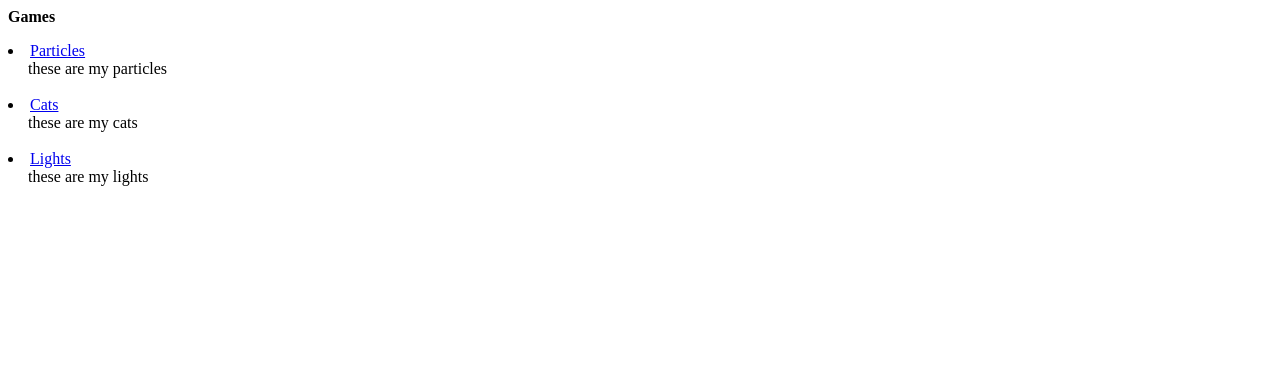
Repository: StevenZsombo/games
Page: docs/index.html
An editor plug-in stored every save of this project. The page is shown before and after the next save, followed by the edit.
The browser window is 1280 px wide. The pictures show the whole page.

Above is the page before, as saved 2025-07-03 10:59:45.

### docs/index.html
<html>

<body>
    <b>Games</b>
    <br>
    <ul id="gamelist">
    </ul>

</body>

<script>
    {
        const files = {
            Particles: "these are my particles",
            Cats: "these are my cats",
        }

        //will append "particles.html" with the given text

        const addToList = function (path, tit, txt) {
            const listitem = document.createElement('li')
            listitem.innerHTML = `<a href="${path}">${tit}</a>
        <br>&nbsp;&nbsp;&nbsp;&nbsp;&nbsp;${txt}<br>&nbsp;`
            document.body.appendChild(listitem)


        }
        //ADDED FROM THE LIST
        for (let [file, txt] of Object.entries(files)) {
            addToList(`${file.toLowerCase()}.html`, file, txt)
        }
        //MANUALLY ADDED
        addToList("lights/index.html", "Lights", "these are my lights")
    }
</script>

</html>

After the next save:
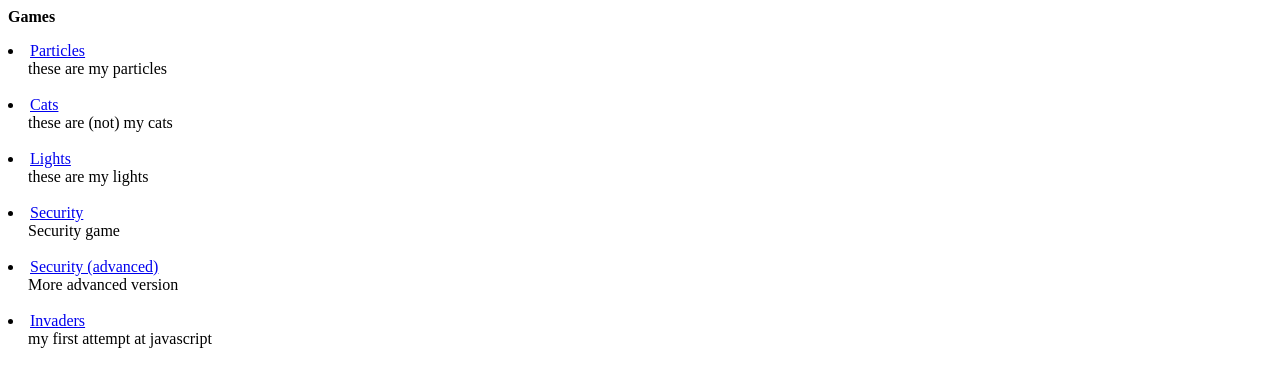
Saved 10 min 23 s later.
--- a/docs/index.html
+++ b/docs/index.html
@@ -10,27 +10,29 @@
 
 <script>
     {
-        const files = {
-            Particles: "these are my particles",
-            Cats: "these are my cats",
+        const data = { //tag: [path, name, txt]
+            particles: ["particles.html", "Particles", "these are my particles"],
+            cats: ["cats/cats.html", "Cats", "these are (not) my cats"],
+            lights: ["lights/index.html", "Lights", "these are my lights"],
+            sec1: ["security1/index.html", "Security", "Security game"],
+            sec2: ["security2/index.html", "Security (advanced)", "More advanced version"],
+            invaders: ["invaders/invaders.html", "Invaders", "my first attempt at javascript"]
+
         }
 
         //will append "particles.html" with the given text
 
-        const addToList = function (path, tit, txt) {
+        const addToList = function (path, name, txt) {
             const listitem = document.createElement('li')
-            listitem.innerHTML = `<a href="${path}">${tit}</a>
+            listitem.innerHTML = `<a href="${path}">${name}</a>
         <br>&nbsp;&nbsp;&nbsp;&nbsp;&nbsp;${txt}<br>&nbsp;`
             document.body.appendChild(listitem)
 
+        }
+        for ([path, name, txt] of Object.values(data)) {
+            addToList(path, name, txt)
+        }
 
-        }
-        //ADDED FROM THE LIST
-        for (let [file, txt] of Object.entries(files)) {
-            addToList(`${file.toLowerCase()}.html`, file, txt)
-        }
-        //MANUALLY ADDED
-        addToList("lights/index.html", "Lights", "these are my lights")
     }
 </script>
 
